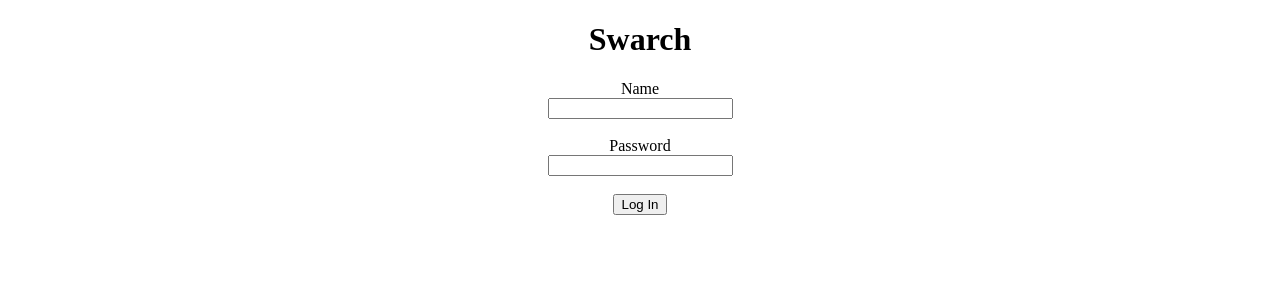
Repository: putty174/Swarch
Page: Swarch/index.htm
The author's editor kept a copy of each file at every save. The page is drawn from the files as they stood at one save, then again after the next save.
The browser window is 1280 px wide. The pictures show the whole page.

Above is the page before, as saved 2014-04-12 06:22:04.

### Swarch/index.htm
<!DOCTYPE html>
<html>
<head>
<title>Swarch</title>
<link rel="stylesheet" href="swarch.css">
<script type="text/javascript">
function getInfo()
{
	var name = document.getElementById('NAME').value;
	var pass = document.getElementById('PASS').value;
}
</script>
</head>
<body>
<center><h1>Swarch</h1></center>
<center>Name</center>
<center><input type='text' id="NAME"></center>
<br>
<center>Password</center>
<center><input type='text' id="PASS"></center>
<center></center>
<br>
<center><button type="button" onclick="game(name);">Log In</button></center>
<script src="swarch.js"></script>

</body>
</html>

### Swarch/swarch.js
function game(name){
	document.write("GA");
	document.write(name);
}

Loaded but not shown: Swarch/swarch.css (no copy from this time; the picture is the same without it)

After the next save:
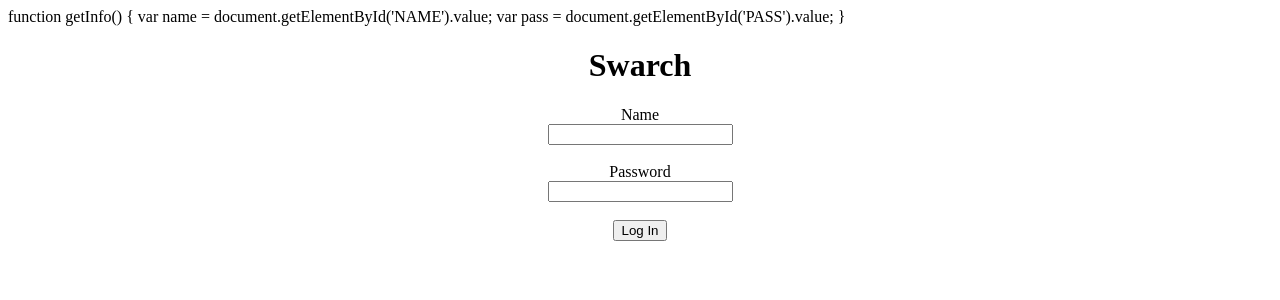
Saved 77 s later.
--- a/Swarch/index.htm
+++ b/Swarch/index.htm
@@ -3,15 +3,13 @@
 <head>
 <title>Swarch</title>
 <link rel="stylesheet" href="swarch.css">
-<script type="text/javascript">
+</head>
+<body>
 function getInfo()
 {
 	var name = document.getElementById('NAME').value;
 	var pass = document.getElementById('PASS').value;
 }
-</script>
-</head>
-<body>
 <center><h1>Swarch</h1></center>
 <center>Name</center>
 <center><input type='text' id="NAME"></center>
